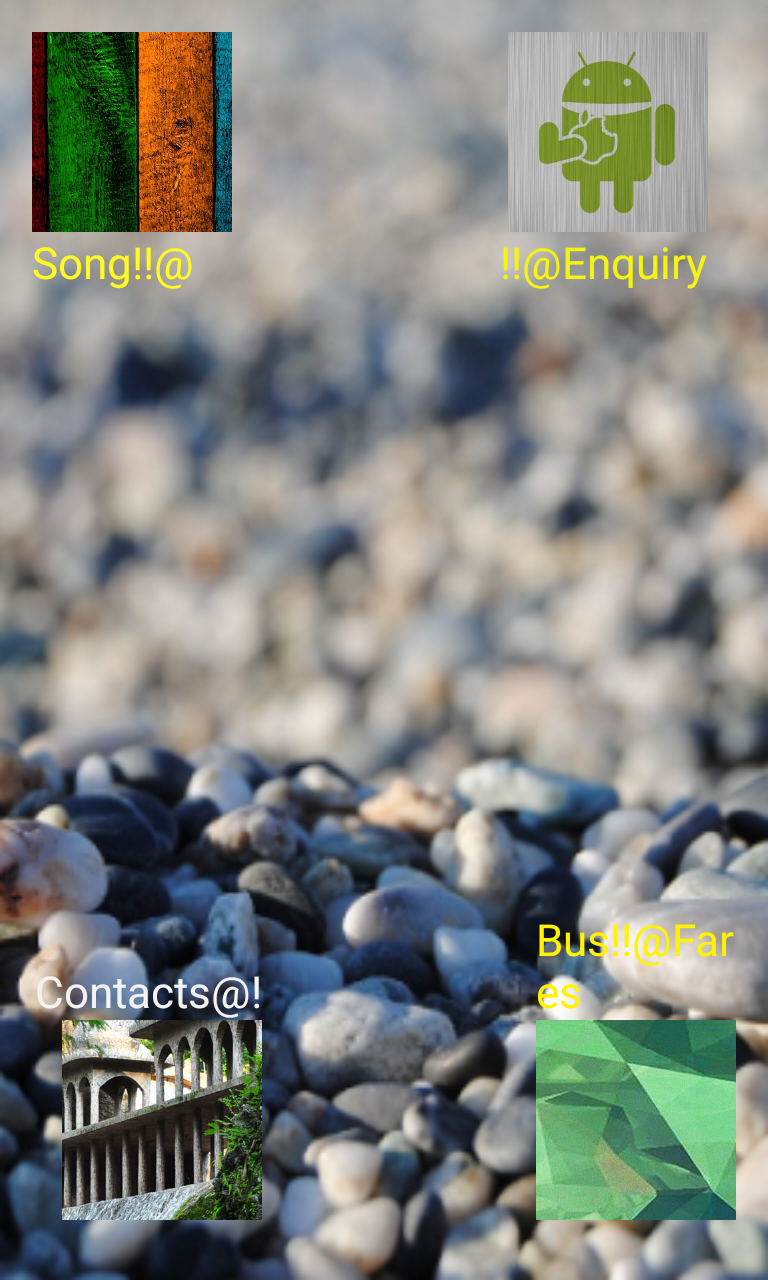
Repository: yogeshwar1996/android-app
Layout: CHD!!@BUSES/res/layout/activity_options.xml
These files come from the project's save history. The layout is drawn as it stood at one moment and after the next save; the edit follows.
It is drawn on a 768 x 1280 px phone screen (xhdpi) without system bars, with theme android:Theme.Holo; the app's code is not run.

Above is the layout before, as saved 2016-07-11 05:46:35.

### CHD!!@BUSES/res/layout/activity_options.xml
<RelativeLayout xmlns:android="http://schemas.android.com/apk/res/android"
    xmlns:tools="http://schemas.android.com/tools"
    android:layout_width="match_parent"
    android:layout_height="match_parent"
    android:background="@drawable/img"
    android:paddingBottom="@dimen/activity_vertical_margin"
    android:paddingLeft="@dimen/activity_horizontal_margin"
    android:paddingRight="@dimen/activity_horizontal_margin"
    android:paddingTop="@dimen/activity_vertical_margin"
    tools:context="com.example.chdbuses.Options" >

    <ImageButton
        android:id="@+id/imageButton_o"
        android:layout_width="100dp"
        android:layout_height="100dp"
        android:layout_alignParentLeft="true"
        android:layout_alignParentTop="true"
        android:src="@drawable/po" />

    <TextView
        android:id="@+id/textView1"
        android:layout_width="wrap_content"
        android:layout_height="wrap_content"
        android:layout_above="@+id/imageButton_d"
        android:layout_alignLeft="@+id/imageButton_d"
        android:text="Bus!!@Fares"
        android:textAppearance="?android:attr/textAppearanceLarge"
        android:textColor="#fff300" />

    <ImageButton
        android:id="@+id/imageButton_d"
        android:layout_width="100dp"
        android:layout_height="100dp"
        android:layout_alignParentBottom="true"
        android:layout_alignParentRight="true"
        android:layout_marginBottom="14dp"
        android:src="@drawable/ks" />

    <TextView
        android:id="@+id/textView2"
        android:layout_width="wrap_content"
        android:layout_height="wrap_content"
        android:layout_alignLeft="@+id/imageButton_o"
        android:layout_below="@+id/imageButton_o"
        android:text="Song!!@"
        android:textAppearance="?android:attr/textAppearanceLarge"
        android:textColor="#fffc22" />

    <ImageButton
        android:id="@+id/imageButton1"
        android:layout_width="100dp"
        android:layout_height="100dp"
        android:layout_above="@+id/textView2"
        android:layout_alignRight="@+id/textView1"
        android:layout_marginRight="14dp"
        android:src="@drawable/ka" />

    <TextView
        android:id="@+id/textView3"
        android:layout_width="wrap_content"
        android:layout_height="wrap_content"
        android:layout_alignBaseline="@+id/textView2"
        android:layout_alignBottom="@+id/textView2"
        android:layout_alignRight="@+id/imageButton1"
        android:text="!!@Enquiry"
        android:textAppearance="?android:attr/textAppearanceLarge"
        android:textColor="#f4f411" />

    <ImageButton
        android:id="@+id/imageButton2"
        android:layout_width="100dp"
        android:layout_height="100dp"
        android:layout_alignLeft="@+id/textView2"
        android:layout_alignTop="@+id/imageButton_d"
        android:layout_marginLeft="15dp"
        android:src="@drawable/sk" />

    <TextView
        android:id="@+id/textView4"
        android:layout_width="wrap_content"
        android:layout_height="wrap_content"
        android:layout_above="@+id/imageButton2"
        android:layout_alignRight="@+id/imageButton2"
        android:text="Contacts@!"
        android:textAppearance="?android:attr/textAppearanceLarge" />

</RelativeLayout>

### CHD!!@BUSES/res/values/dimens.xml
<?xml version="1.0" encoding="utf-8"?>
<resources>

    <!-- Default screen margins, per the Android Design guidelines. -->
    <dimen name="activity_horizontal_margin">16dp</dimen>
    <dimen name="activity_vertical_margin">16dp</dimen>
    <dimen name="navigation_drawer_width">240dp</dimen>

</resources>

Loaded but not shown: CHD!!@BUSES/res/values-w820dp/dimens.xml (common file)

After the next save:
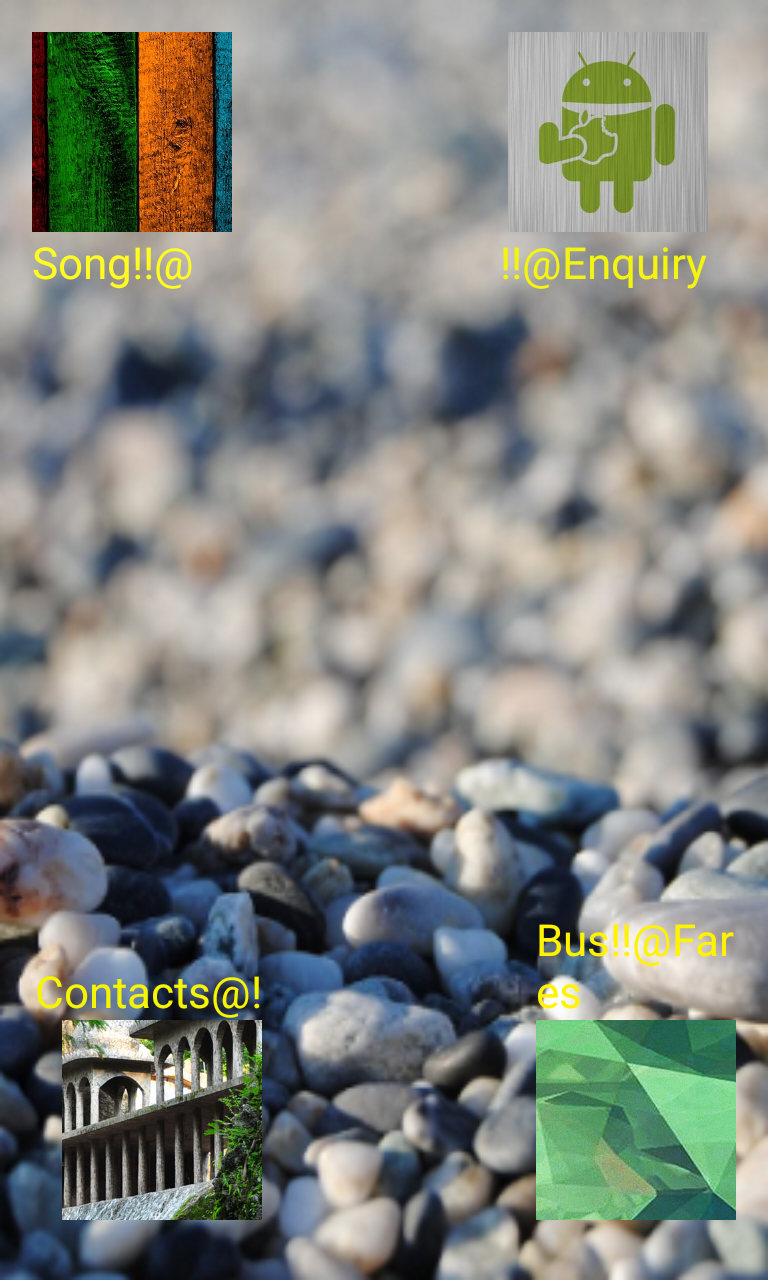
Saved 2 min 20 s later.
--- a/CHD!!@BUSES/res/layout/activity_options.xml
+++ b/CHD!!@BUSES/res/layout/activity_options.xml
@@ -82,6 +82,7 @@
         android:layout_above="@+id/imageButton2"
         android:layout_alignRight="@+id/imageButton2"
         android:text="Contacts@!"
-        android:textAppearance="?android:attr/textAppearanceLarge" />
+        android:textAppearance="?android:attr/textAppearanceLarge"
+        android:textColor="#f5f500" />
 
 </RelativeLayout>
